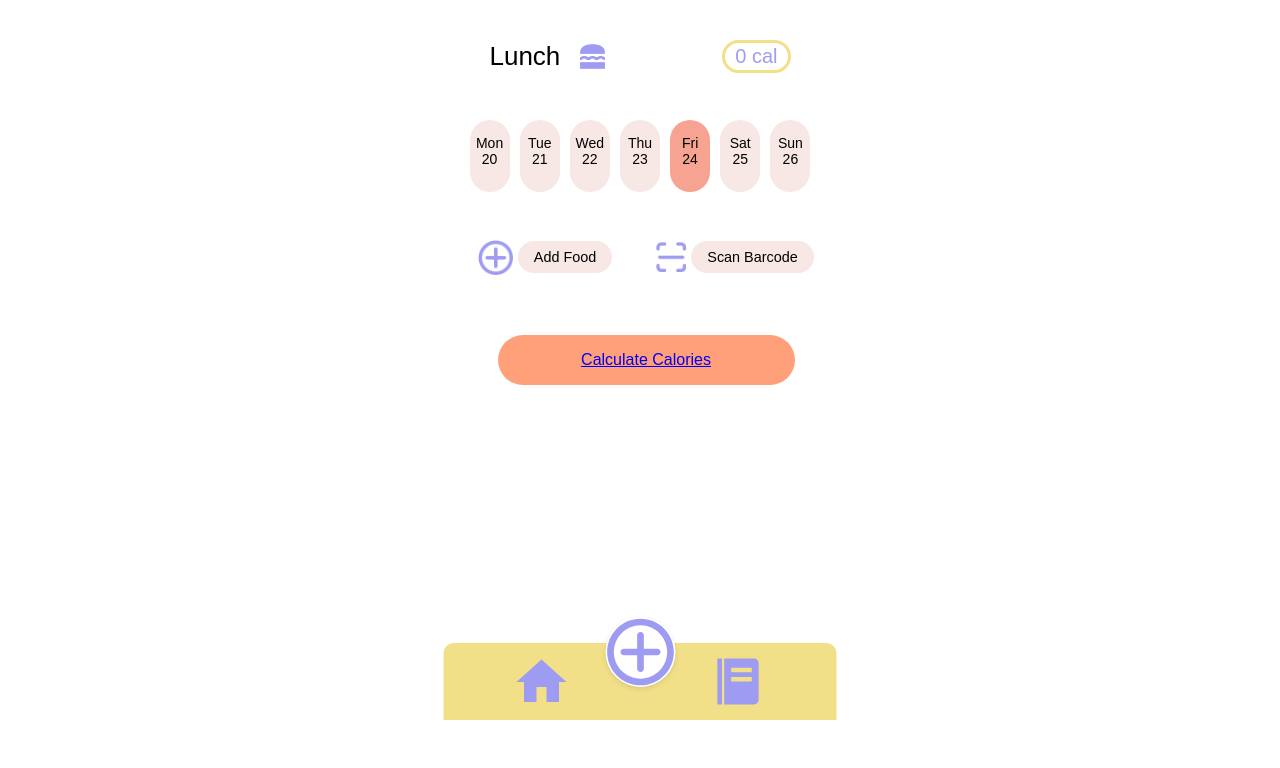
Repository: MeowCeline00/G5-Calorie-Tracker
Page: lunchAddPage/index.html
An editor plug-in stored every save of this project. The page is shown before and after the next save, followed by the edit.
The browser window is 1280 px wide. The pictures show the whole page.

Above is the page before, as saved 2024-05-26 06:04:19.

### lunchAddPage/index.html
<!DOCTYPE html>
<html lang="en">
<head>
  <meta charset="UTF-8">
  <meta name="viewport" content="width=device-width, initial-scale=1.0">
  <title>Calorie Tracker</title>
  <link rel="stylesheet" href="/lunchAddPage/styles.css">
  <link rel="stylesheet" href="/styles/Home.css">
</head>
<body>
  <div class="container">
    <header class="header">
      <h1 class="title">Lunch</h1>
      <img src="/images/lunch.png" alt="Add Icon" width="25" height="25">
      <button class="calButton">0 cal</button>
    </header>
    <section class="dateSelector">
      <button class="dateNav" id="prevDate">
      </button>
      <div class="dates" id="dateList"></div>
      <button class="dateNav" id="nextDate">
      </button>
    </section>
    <main>
      <div class="actions">
        <div class="actions">
          <img src="/images/add.png" alt="Add Icon" width="35" height="35">
          <button class="action-btn" id="showFormButton">Add Food</button>
        </div>
        <div class="actions">
          <img src="/images/scan.png" alt="Scan Icon" width="30" height="30">
          <button class="action-btn">Scan Barcode</button>
        </div>
      </div>
      <div class="food-list">
      </div>
      <button class="calculate-btn">
        <a href=" class="calculate-btn-link">Calculate Calories</a></button>
    </main>
    <div class="popup-container" id="foodFormContainer">
      <div class="popup">
        <input type="text" id="foodName" placeholder="Food Name">
        <input type="number" id="foodAmount" placeholder="Amount (g)">
        <input type="number" id="foodCalories" placeholder="Calories">
        <button id="addFoodButton">Add</button>
        <button id="cancelButton">Cancel</button>
      </div>
    </div>
  <div class="navContainer">
    <nav class="navbar">
      <div class="navItem" onclick="navigateTo('home')">
        <img src="/images/home_icon.svg" alt="Home" width="60" height="60" />
      </div>
      <div class="addButtonContainer">
        <div class="addnewButton" onclick="navigateTo('addNew')">
          <img src="/images/add_icon.svg" alt="Add" width="80" height="80" />
        </div>
      </div>
      <div class="navItem" onclick="navigateTo('recipes')">
        <img src="/images/recipes_icon.svg" alt="Recipes" width="55" height="55" />
      </div>
    </nav>
  </div>
  <script src="/lunchAddPage/script.js"></script>
  <script src="/scripts/navbar.js"></script>
</body>
</html>

### lunchAddPage/styles.css
.container {
  max-width: 375px;
  margin: 0 auto;
  padding: 1rem;
  min-height: 100vh;
  border-radius: 10px;
  overflow-y: auto;
}
.header {
  display: flex;
  justify-content: space-between;
  align-items: center;
  width: 100%;
}
.title {
  font-size: 26px;
  font-family: 'Saira', sans-serif;
  font-weight: 500;
  margin-left: auto;
  margin-right: 20px;
}
.header img {
  margin-right: 80px;
}
.calButton {
  margin: 0 auto;
  background-color: transparent;
  color: #9E9BF2;
  border: 3px solid #F2E088;
  padding: 0px 10px;
  text-align: center;
  min-width: 55px;
  height: 33px;
  border-radius: 40px;
  font-size: 20px;
  font-family: 'Catamaran', sans-serif;
  display: inline-block;
}
.dateSelector {
  display: flex;
  justify-content: center;
  align-items: center;
  margin: 10px 0;
}
.dateNav {
  background-color: transparent;
  border: none;
  text-align: center;
  font-size: 20px;
}
.dates {
  display: flex;
  text-align: center;
  justify-content: space-around;
  width: 100%;
}
.date {
  width: 40px;
  height: 57px;
  background-color: #F7E8E5;
  padding-top: 15px;
  margin: 20px 5px;
  margin-bottom: 38px;
  border-radius: 20px;
  text-align: center;
  cursor: pointer;
  font-size: 14px;
  font-family: 'Catamaran', sans-serif;
}
.date:hover {
  background-color: rgba(242, 126, 99, 0.7);
}
.active {
  background-color: rgba(242, 126, 99, 0.7);
}
.currentDay {
  background-color: rgba(242, 126, 99, 0.7);
}
.delete-btn {
  background: none;
  border: none;
  font-size: 1.2rem;
  cursor: pointer;
}
.calculate-btn {
  margin-left: 45px;
  width: 297px;
  height: 50px;
  text-align: center;
  background-color: #ffa07a;
  border: none;
  border-radius: 36px;
  padding: 0.7rem;
  font-size: 1rem;
  cursor: pointer;
  margin-bottom: 100px;
}
.calculate-btn-link {
  text-decoration: none;
  color: black;
}
.actions {
  display: flex;
  justify-content: space-between;
  margin-bottom: 1rem;
  display: flex;
  width: 100%;
  justify-content: center;
  align-items: center;
  gap: 5px;
  margin-bottom: 30px;
}
.action-btn {
  background-color: #F7E8E5;
  border: none;
  padding: 0.5rem 1rem;
  font-size: 0.9rem;
  font-family: 'Catamaran', sans-serif;
  border: none;
  border-radius: 18px;
  cursor: pointer;
}
.action-btn:hover {
  background-color: rgba(242, 126, 99, 0.7);
}
.buttons {
  display: flex;
  width: 100%;
  justify-content: center;
  align-items: center;
  gap: 5px;
  margin-bottom: 30px;
}
.bottomContainer {
  margin-top: 30px;
  width: 100%;
}
.bottomContainer button {
  font-family: 'Catamaran';
  font-size: large;
  background-color: var(--light_orange_opacity);
  border: none;
  padding: 7px 60px;
  border-radius: 25px;
  cursor: pointer;
}
.bottomContainer button:hover {
  background-color: var(--light_orange);
}
.popup-container {
  display: none;
  position: fixed;
  top: 0;
  left: 0;
  width: 100%;
  height: 100%;
  justify-content: center;
  align-items: center;
  background-color: rgba(0, 0, 0, 0.5);
  z-index: 9999;
}
.popup {
  background-color: #F7E8E5;
  width: 300px;
  padding: 20px;
  border-radius: 10px;
  box-shadow: 0 2px 5px rgba(0, 0, 0, 0.2);
}
.popup input[type="text"],
.popup input[type="number"] {
  width: calc(100% - 40px);
  padding: 10px;
  margin-bottom: 10px;
  border: 1px solid #F7E8E5;
  border-radius: 5px;
  margin-left: 10px;
}
.popup button {
  padding: 10px 20px;
  margin-right: 10px;
  border: none;
  border-radius: 5px;
  cursor: pointer;
}
#addFoodButton {
  background-color: #ffa07a;
  color: #000;
  margin-left: 70px;
}
#cancelButton {
  background-color: #F2E088;
  color: #000;
}
#addFoodButton:hover {
  background-color: rgb(255, 160, 122, 0.6);
}
#cancelButton:hover {
  background-color: rgb(242, 224, 136, 0.6);
}
.inputContainer {
  width: 330px;
  display: flex;
  gap: 10px;
  margin: 0 auto;
  justify-content: flex-start;
  align-items: center;
  background: #F7E8E5;
  border-radius: 20px;
  margin-bottom: 15px;
  position: relative;
  padding-left: 20px;
  padding-right: 10px;

}

.inputBox {
  flex-grow: 1;
}
.inputBox input {
  border: 1px solid #F7E8E5;
  margin-top: 5px;
  font-size: medium;
  background-color: #F7E8E5;
}
.inputBox p {
  text-align: left;
  color: #9E9BF2;
  font-size: small;
  margin-top: 5px;
}
.calories {
  display: flex;
  justify-content: center;
  color: #9E9BF2;
  align-items: center;
  margin-right: 60px;

  gap: 5px;
}
.number {
  font-size: 20px;
}
.trash {
  cursor: pointer;
  position: absolute;
  right: 20px;
}

### styles/Home.css
#root {
    width: 393px;
    height: 852px;
    background-color: #fff;
    border-radius: 10px;
    overflow: hidden;
    position: relative;
}

.mainContent {
    width: 100%;
    height: 100%;
    display: flex;
    flex-direction: column;
    justify-content: flex-start;
    position: relative;
}

.topBar {
    padding: 15px 20px;
    background-color: #fff;
    display: flex;
    justify-content: space-between;
    align-items: center;
    z-index: 1;
}

.greeting {
    display: flex;
    flex-direction: column;
    text-align: left;
}

.greeting h2 {
    margin: 0;
    font-size: 1.5rem;
    color: #000;
}

.greeting p {
    margin: 0;
    font-size: 1rem;
    color: #666;
}

.profileIcon {
    display: flex;
    align-items: center;
    justify-content: center;
    cursor: pointer;
}

.dateChange {
    display: flex;
    justify-content: center;
    align-items: center;
    padding: 10px 0;
    background-color: #fff;
}

.meal_container {
    flex: 1;
    width: 100%;
    padding: 20px;
    box-sizing: border-box;
    overflow-y: auto;
    position: relative;
    z-index: 0;
}

.meals {
    width: 100%;
    padding: 10px 0;
    box-sizing: border-box;
}

.mealItem {
    display: flex;
    flex-direction: column;
    justify-content: space-between;
    align-items: flex-start;
    padding: 15px;
    margin: 10px 0;
    border-radius: 12px;
    background-color: var(--light_pink);
    width: 100%;
    height: auto;
    box-shadow: 0 2px 5px rgba(0, 0, 0, 0.1);
}

.mealHeading {
    font-weight: bold;
    margin-bottom: 10px;
    font-size: 1.2rem;
}

.mealDetails {
    display: flex;
    align-items: center;
    width: 100%;
    justify-content: space-between;
}

.mealDetails p {
    margin-left: 10px;
    color: #9E9BF2;
}

.calorieContainer {
    display: flex;
    align-items: center;
    justify-content: space-between;
    background-color: white;
    border: 4px solid #F2E088;
    border-radius: 30px;
    padding: 5px 10px;
}

.addButton {
    background: none;
    border: none;
    cursor: pointer;
    margin-left: 10px;
}

.navContainer {
    width: 100%;
    max-width: 393px;
    height: 77px;
    display: flex;
    position: fixed;
    bottom: 0;
    left: 50%;
    transform: translateX(-50%);
    background-color: #F2E088;
    border-radius: 10px 10px 0 0;
    justify-content: space-between;
    align-items: center;
    box-sizing: border-box;
    z-index: 1000;
}

.navbar {
    width: 100%;
    display: flex;
    justify-content: space-between;
    align-items: center;
    position: relative;
}

.navItem {
    display: flex;
    cursor: pointer;
    flex: 1;
    justify-content: center;
}

.addButtonContainer {
    display: flex;
    justify-content: center;
    align-items: center;
    width: 70px;
    height: 70px;
    background-color: #ffffff;
    border-radius: 50%;
    position: absolute;
    top: -35px;
    left: 50%;
    transform: translateX(-50%);
    cursor: pointer;
    box-shadow: 0 2px 5px rgba(0, 0, 0, 0.1);
}

.addnewButton {
    display: flex;
    justify-content: center;
    align-items: center;
    border-radius: 50%;
}

### lunchAddPage/script.js
document.addEventListener('DOMContentLoaded', function() {
  const showFormButton = document.getElementById('showFormButton');
  const foodFormContainer = document.getElementById('foodFormContainer');
  const addFoodButton = document.getElementById('addFoodButton');
  const cancelButton = document.getElementById('cancelButton');
  const foodList = document.querySelector('.food-list');
  const calButton = document.querySelector('.calButton');
  const dateList = document.getElementById('dateList');

  let totalCalories = 0;

  const getDayOfWeek = (date) => {
    const dayIndex = date.getDay();
    return dayIndex === 0 ? 6 : dayIndex - 1;
  };

  const currentDate = new Date();
  currentDate.setDate(24);
  currentDate.setMonth(4);

  const generateDays = () => {
    const days = [];
    const currentDayOfWeek = getDayOfWeek(currentDate);

    for (let i = 0; i < 7; i++) {
      const date = new Date(currentDate);
      date.setDate(date.getDate() - currentDayOfWeek + i);
      days.push({
        day: date.toLocaleDateString('en-US', { weekday: 'short' }),
        date: date.getDate(),
        isToday: date.getDate() === currentDate.getDate(),
      });
    }

    return days;
  };

  const renderDates = () => {
    dateList.innerHTML = '';
    const days = generateDays();
    let activeIndex = currentDate.getDate() - 1;

    days.forEach((day, index) => {
      const dateElement = document.createElement('span');
      dateElement.className = `date ${index === activeIndex ? 'active' : ''} ${day.isToday ? 'currentDay' : ''}`;
      dateElement.innerHTML = `${day.day}<br />${day.date}`;
      dateElement.onclick = () => setActiveIndex(index);
      dateList.appendChild(dateElement);
    });
  };

  const setActiveIndex = (index) => {
    renderDates();
  };

  const showForm = () => {
    foodFormContainer.style.display = 'flex';
  };

  const hideForm = () => {
    foodFormContainer.style.display = 'none';
    clearForm();
  };

  const addList = (foodName, foodAmount, foodCalories) => {
    const newList = `
      <div class="inputContainer">
        <div class="inputBox">
          <input type="text" value="${foodName}" readonly>
          <p>${foodAmount}g</p>
        </div>
        <div class="calories">
          <p class="number">${foodCalories}</p>
          <p class="cal">Cal</p>
        </div>
        <img class="trash" src="/images/trash.png" alt="trashcan" width="30" height="30" />
      </div>
    `;
    foodList.insertAdjacentHTML('beforeend', newList);
    totalCalories += parseInt(foodCalories);
    updateCalButton();
  };

  const deleteItem = (e) => {
    if (e.target.classList.contains('trash')) {
      const itemCalories = parseInt(e.target.closest('.inputContainer').querySelector('.number').textContent);
      totalCalories -= itemCalories;
      e.target.closest('.inputContainer').remove();
      updateCalButton();
    }
  };

  const updateCalButton = () => {
    const totalCaloriesFromMeals = Array.from(document.querySelectorAll('.number'))
        .map(item => parseInt(item.textContent))
        .reduce((acc, curr) => acc + curr, 0);
    calButton.textContent = `${totalCaloriesFromMeals} cal`;
};

  const clearForm = () => {
    document.getElementById('foodName').value = '';
    document.getElementById('foodAmount').value = '';
    document.getElementById('foodCalories').value = '';
  };

  showFormButton.addEventListener('click', showForm);
  cancelButton.addEventListener('click', hideForm);

  addFoodButton.addEventListener('click', () => {
    const foodName = document.getElementById('foodName').value;
    const foodAmount = document.getElementById('foodAmount').value;
    const foodCalories = document.getElementById('foodCalories').value;

    if (foodName && foodAmount && foodCalories) {
      addList(foodName, foodAmount, foodCalories);
      clearForm();
      hideForm();
    }
  });

  foodList.addEventListener('click', deleteItem);

  renderNavbar();
  renderDates();
});

### scripts/navbar.js
function renderNavbar() {
    return `
      <div class="navContainer">
        <nav class="navbar">
          <div class="navItem" onclick="navigateTo('home')">
            <img src="./images/home_icon.svg" alt="Home" width="60" height="60" />
          </div>
          <div class="addButtonContainer">
            <div class="addnewButton" onclick="navigateTo('addNew')">
              <img src="./images/add_icon.svg" alt="Add" width="80" height="80" />
            </div>
          </div>
          <div class="navItem" onclick="navigateTo('recipes')">
            <img src="./images/recipes_icon.svg" alt="Recipes" width="55" height="55" />
          </div>
        </nav>
      </div>
    `;
}

After the next save:
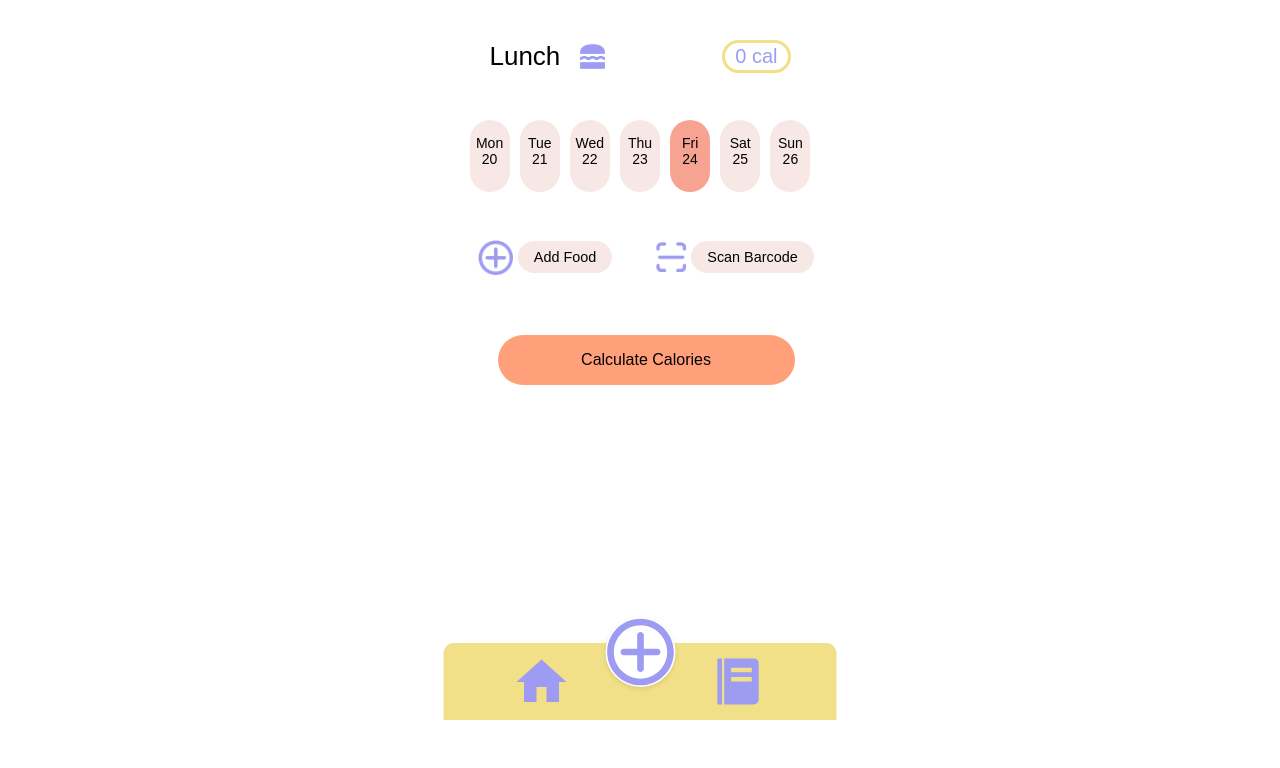
Saved 1 s later.
--- a/lunchAddPage/index.html
+++ b/lunchAddPage/index.html
@@ -35,7 +35,7 @@
       <div class="food-list">
       </div>
       <button class="calculate-btn">
-        <a href=" class="calculate-btn-link">Calculate Calories</a></button>
+        <a href="/" class="calculate-btn-link">Calculate Calories</a></button>
     </main>
     <div class="popup-container" id="foodFormContainer">
       <div class="popup">
